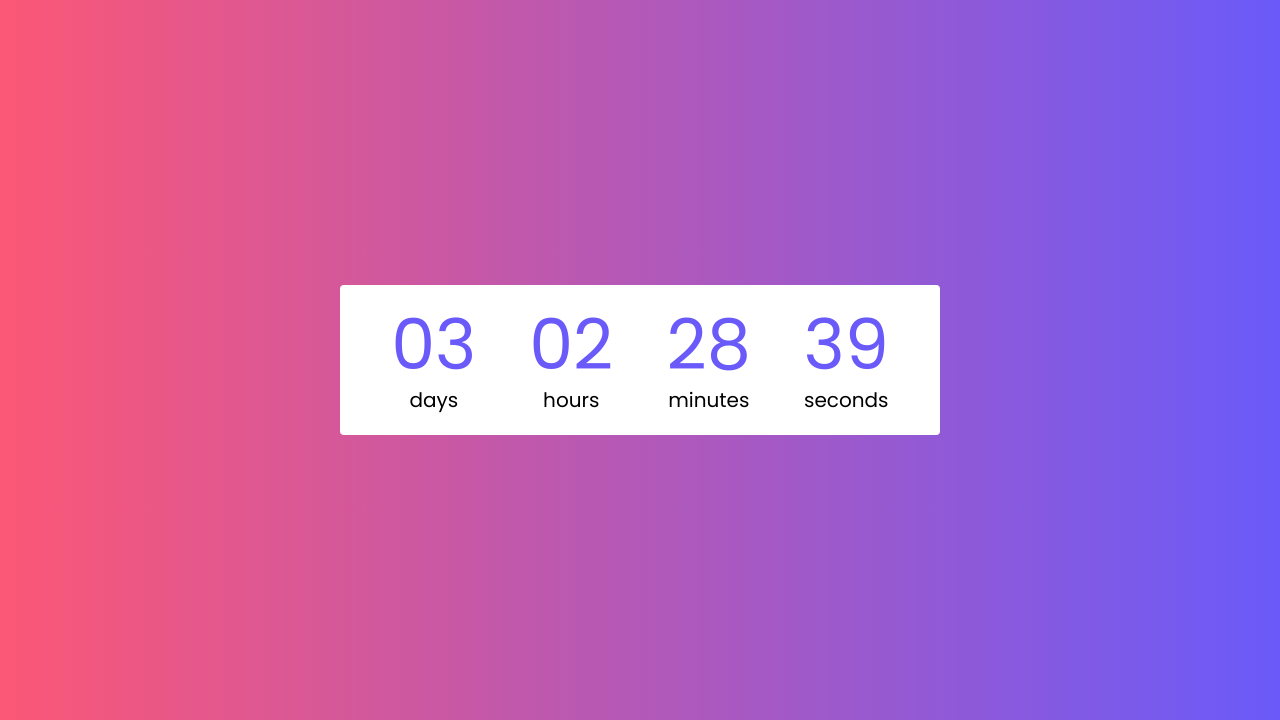
Repository: thuan711/All-about-JS
Page: countdown.html
The author's editor kept a copy of each file at every save. The page is drawn from the files as they stood at one save, then again after the next save.
The browser window is 1280 px wide. The pictures show the whole page.

Above is the page before, as saved 2022-12-31 01:39:10.

After the next save:
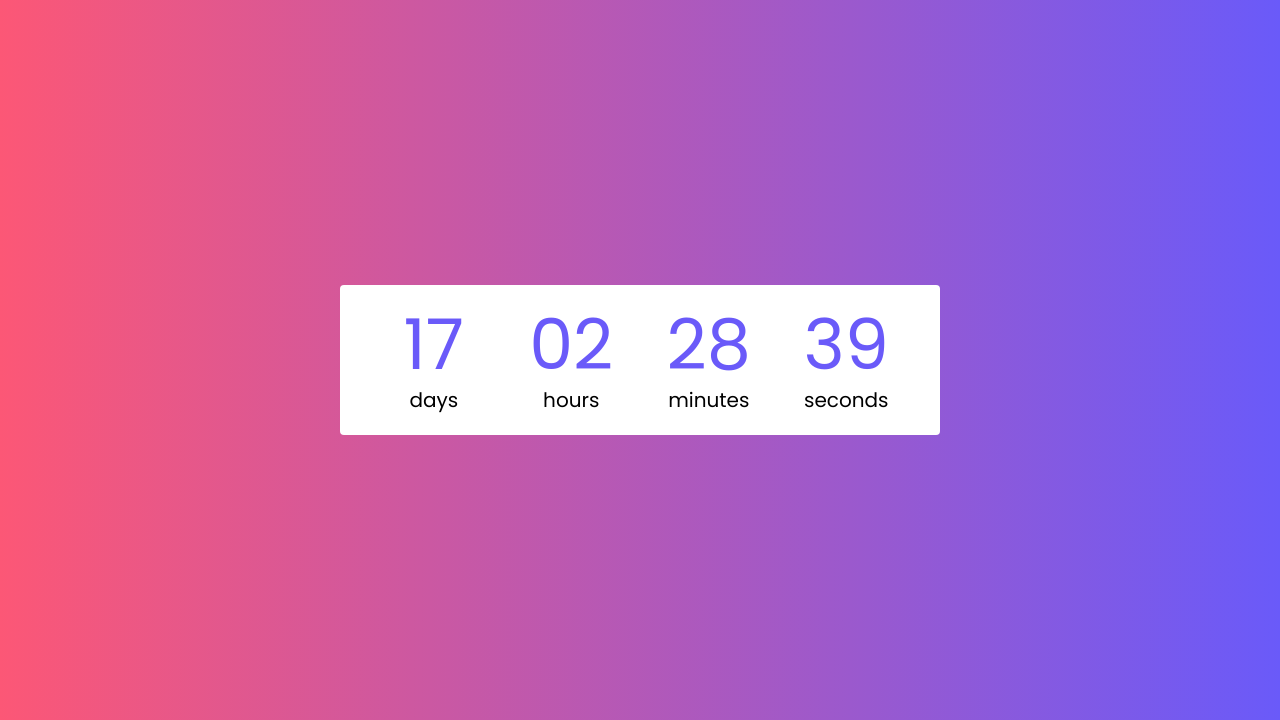
Saved 52 s later.
--- a/event/countdown.js
+++ b/event/countdown.js
@@ -29,5 +29,5 @@ window.addEventListener("load", function(){
             }
         }
     }
-    countdown("Fri Apr 07 2023 20:20:20 GMT+0700 (Indochina Time");
+    countdown("Tue Nov 07 2023 20:20:20 GMT+0700 (Indochina Time");
 });
